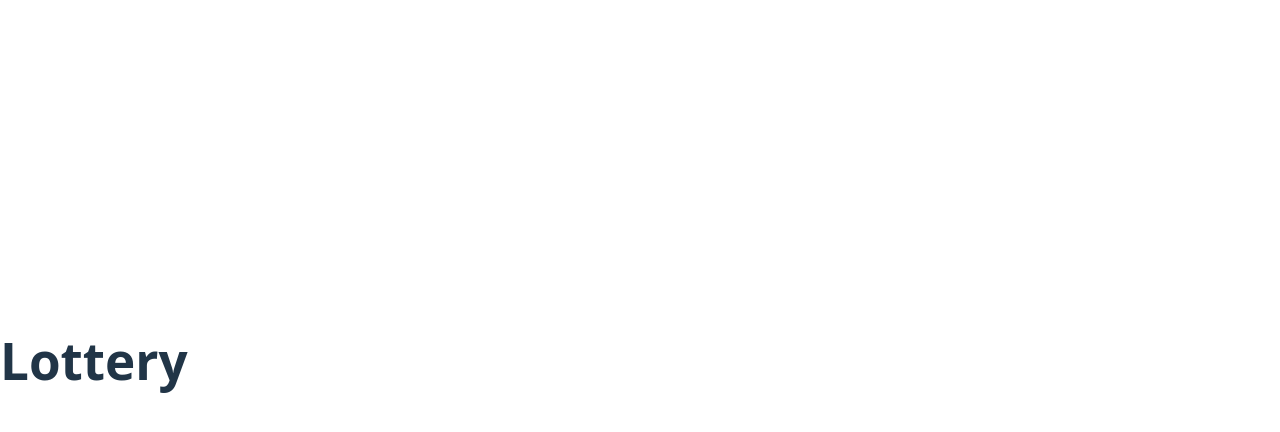
Repository: Ravikumar7210/Web_workspace
Page: / (app in React_Projects/Lottery/)
These files come from the project's save history. The page is drawn as it stood at one moment and after the next save; the edit follows.
The browser window is 1280 px wide. The pictures show the whole page.
The project was rebuilt for these pictures with package versions that can differ from the ones it lists, and the page was loaded fresh each time. Also part of the build but not shown: React_Projects/Lottery/vite.config.js, React_Projects/Lottery/src/Lottery.css.

Above is the page before, as saved 2025-04-07 14:49:59.

After the next save:
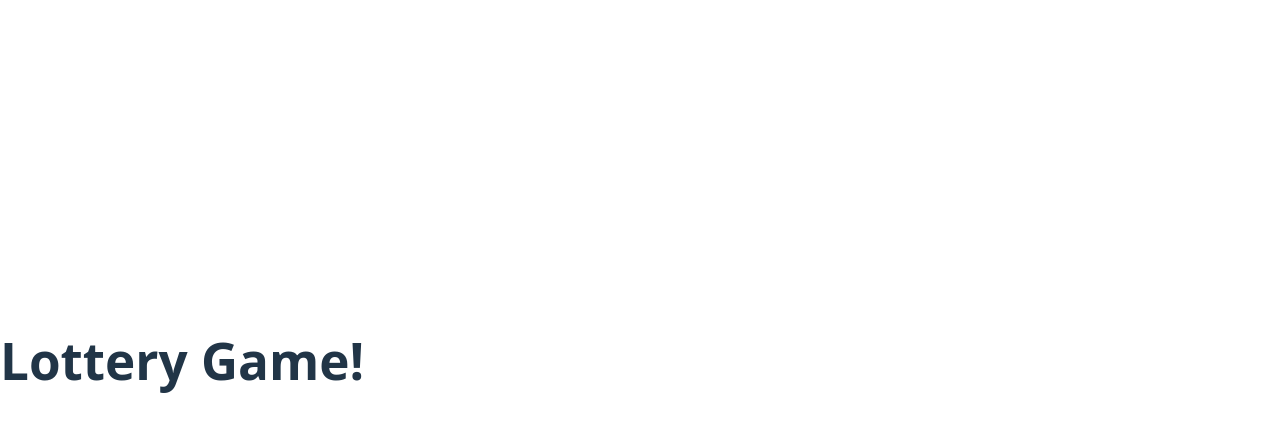
Saved 82 s later.
--- a/React_Projects/Lottery/src/Lottery.jsx
+++ b/React_Projects/Lottery/src/Lottery.jsx
@@ -3,7 +3,7 @@ import "./Lottery.css"
 export default  function Lottery() {
 return (
 <div>
-<h1>Lottery </h1>
+<h1>Lottery Game! </h1>
 </div>
 );
 
